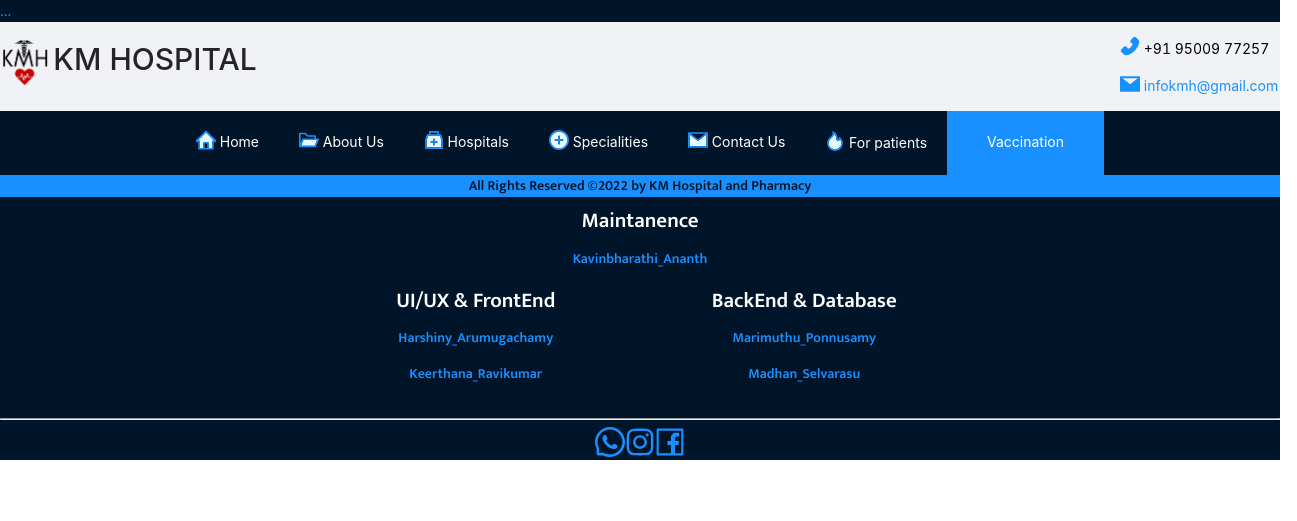
Repository: marimuthu1001/KHM-hospital
Page: /aboutus (app in km-hospital/)
These files come from the project's save history. The page is drawn as it stood at one moment and after the next save; the edit follows.
The browser window is 1280 px wide. The page is 1297 px wide, so the pictures cover 1297 px, including what lies to the right of the window. The pictures show the whole page.
The project was rebuilt for these pictures with package versions that can differ from the ones it lists, and the page was loaded fresh each time. Also part of the build but not shown: km-hospital/src/Styles/ContactUs.module.css, km-hospital/src/Pages/ContactUs.jsx, km-hospital/src/Pages/Feedback.jsx.

Above is the page before, as saved 2022-01-25 09:19:35.

### km-hospital/public/index.html
<!DOCTYPE html>
<html lang="en">
  <head>
    <meta charset="utf-8" />
    <link rel="icon" href="%PUBLIC_URL%/favicon.ico" />
    <meta name="viewport" content="width=device-width, initial-scale=1" />
    <meta name="theme-color" content="#000000" />
    <meta
      name="description"
      content="Web site created using create-react-app"
    />
    <link rel="apple-touch-icon" href="%PUBLIC_URL%/logo192.png" />
    <!--
      manifest.json provides metadata used when your web app is installed on a
      user's mobile device or desktop. See https://developers.google.com/web/fundamentals/web-app-manifest/
    -->
    <link rel="manifest" href="%PUBLIC_URL%/manifest.json" />
    <!--
      Notice the use of %PUBLIC_URL% in the tags above.
      It will be replaced with the URL of the `public` folder during the build.
      Only files inside the `public` folder can be referenced from the HTML.

      Unlike "/favicon.ico" or "favicon.ico", "%PUBLIC_URL%/favicon.ico" will
      work correctly both with client-side routing and a non-root public URL.
      Learn how to configure a non-root public URL by running `npm run build`.
    -->
    <title>KM HOSPITAL | HOME</title>
  </head>
  <body>
    <noscript>You need to enable JavaScript to run this app.</noscript>
    <div id="root"></div>
    <!--
      This HTML file is a template.
      If you open it directly in the browser, you will see an empty page.

      You can add webfonts, meta tags, or analytics to this file.
      The build step will place the bundled scripts into the <body> tag.

      To begin the development, run `npm start` or `yarn start`.
      To create a production bundle, use `npm run build` or `yarn build`.
    -->
  </body>
</html>

### km-hospital/src/index.js
import React from 'react';
import ReactDOM from 'react-dom';
import 'antd/dist/antd.min.css'
import './index.css'
import App from './App';


ReactDOM.render(
  <React.StrictMode>
    <App />
  </React.StrictMode>,
  document.getElementById('root')
);

### km-hospital/src/index.css
@import '~antd/dist/antd.css';

.ant-menu:not(.ant-menu-horizontal) .ant-menu-item-selected {
	background: transparent;
}

.ant-menu{
    background: red;
    }

### km-hospital/src/App.js
import Nav from  './components/Nav'
import Footer from './components/Footer'
import ContactUs from './Pages/ContactUs'
import AboutUs from './Pages/AboutUS'
import {BrowserRouter as Router, Route,Routes} from 'react-router-dom'

import Feedback from './Pages/Feedback'

function App() {
  return (
    <Router>
        <div className="App">
          <Nav/>
          <Routes>
            <Route exact path="/contactus" element={<ContactUs/>}/>
            <Route exact path="/aboutus" element={<AboutUs/>}/>
            <Route exact path="/feedback" element={<Feedback/>}/>
          </Routes>

          <Footer/>
        </div>
    </Router>

  );
}

export default App;

### km-hospital/src/components/Nav.jsx
import React from 'react'

import Styles from '../Styles/Nav.module.css'
import { Layout, Menu, Dropdown,Row,Col } from 'antd';
import { UserOutlined, LaptopOutlined, NotificationOutlined } from '@ant-design/icons';
import Logo from '../Images/Logo.png'

import {HomeTwoTone,
    FolderOpenTwoTone,
    MedicineBoxTwoTone,
    PlusCircleTwoTone,
    FireTwoTone ,
    MailTwoTone,
    PhoneFilled,
    MailFilled,

    } from '@ant-design/icons'

function Nav() {
  const menu = (
    <Menu>

            <Menu.Item key="1">Covid Dose</Menu.Item>
            <Menu.Item key="2">Covid Booster</Menu.Item>
            <Menu.Item key="3">Polio Vaccine</Menu.Item>
            <Menu.Item key="4">Chicken pox Vaccine</Menu.Item>
      </Menu>
  )
const patients = (
  <Menu>
          <Menu.Item key="1">Health Checkup Package</Menu.Item>
          <Menu.Item key="2">Medicines</Menu.Item>
          <Menu.Item key="3">Symptoms</Menu.Item>
          <Menu.Item key="4">Procedurs</Menu.Item>
          <Menu.Item key="5">BMI Calculator</Menu.Item>
    </Menu>

  )

  const { Header} = Layout;
    return (

      <Layout>
        <p className={Styles.line}>...</p>
        <div className={Styles.head} >
            <Row gutters={[16,16]}>
              <Col md={{span:2}} lg={{span:1}}>
              <div className="logo">
              <img src={Logo} alt="Logo" widht={50} height={50}/>
            </div>
              </Col>
              <Col md={{span:6}} lg={{span:4}}>
              <h1>KM HOSPITAL</h1>
              </Col>
              <Col md={{span:8}} lg={{span:16}}></Col>
              <Col md={{span:5}} lg={{span:3}}>
              <div className={Styles.contactHead}>
                <p style={{color:'black'}}><PhoneFilled  style= {{ fontSize: '20px',color: '#1890ff'  }} />&nbsp;+91 95009 77257</p>
                <p><a href="mailto:infokmh@gmail.com"><MailFilled style= {{ fontSize: '20px',color: '#1890ff'  }} />&nbsp;infokmh@gmail.com</a></p>
               </div>
              </Col>
            </Row>
        </div>



      <Header className="header">
      <div className="menubar">
        <Menu style={{
            position: 'relative',
            display: 'flex',
            justifyContent: 'center',

        }} theme="dark" mode="horizontal" defaultSelectedKeys={['1']}>
     <a href="/">
          <Menu.Item key="7"><HomeTwoTone style={{fontSize:20}}/>&nbsp;Home</Menu.Item>
     </a>
     <a href="/aboutus">
          <Menu.Item key="2"><FolderOpenTwoTone style={{fontSize:20}}/>&nbsp;About Us</Menu.Item>
     </a>
     <a href="">
          <Menu.Item key="3"><MedicineBoxTwoTone style={{fontSize:20}}/>&nbsp;Hospitals</Menu.Item>
     </a>
     <a href="">
          <Menu.Item key="4"><PlusCircleTwoTone style={{fontSize:20}}/>&nbsp;Specialities</Menu.Item>
     </a>
     <a href="/contactus">
          <Menu.Item  key="6"> <MailTwoTone style={{fontSize:20}}/>&nbsp;Contact Us</Menu.Item>
     </a>
          <Dropdown  overlay={patients} placement="topCenter">
              <Menu.Item key="5"><FireTwoTone style={{fontSize:20}}/>&nbsp;For patients</Menu.Item>
          </Dropdown>

          <Menu.Item key="1">
          <Dropdown  overlay={menu} placement="topCenter">
                    <Menu.Item>Vaccination</Menu.Item>
          </Dropdown>
          </Menu.Item>


        </Menu>  </div>
      </Header>


        </Layout>


    )
}

export default Nav

### km-hospital/src/components/Footer.jsx
import React from 'react'
import Styles from '../Styles/Footer.module.css'
import { Row, Col } from 'antd';
import {WhatsAppOutlined,
    InstagramOutlined,
    FacebookOutlined} from '@ant-design/icons'
function Footer() {
    return (
        <div  >
            <div className={Styles.footer}>


                <div className={Styles.footerContent}>
                    <div sm={1}  md={6} lg={8}  className={Styles.footerTitle}>
                        <h4>All Rights Reserved &copy;2022 by KM Hospital and Pharmacy</h4>
                    </div>


                <div className={Styles.maintain}>
                    <h2>Maintanence</h2>
                    <p>Kavinbharathi_Ananth</p>
                </div>

                <Row className={Styles.design} gutter={[34, 18]}>
                <Col xs={24} md={6}/>
                    <Col xs={24} md={6}>
                        <div>
                            <h2 className={Styles.headDecoration}>UI/UX & FrontEnd</h2>
                            <div className={Styles.decoration}>
                                <p>Harshiny_Arumugachamy</p>
                                <p>Keerthana_Ravikumar</p>
                            </div>
                        </div>
                    </Col>
                    <Col xs={24} md={6}>
                        <div>
                        <h2 className={Styles.headDecoration}>BackEnd & Database</h2>
                            <div className={Styles.decoration}>
                                <p>Marimuthu_Ponnusamy</p>
                                <p>Madhan_Selvarasu</p>
                            </div>
                        </div>
                    </Col>
                    <Col xs={24} md={6}/>
                        <Col sm={{ span: 5, offset: 0 }} md={{ span: 5, offset: 0 }} lg={{ span: 6, offset:0  }}> </Col>
                </Row>


<hr/>


                <Row  className={Styles.social}>
                    <Col sm={{span:2}} md={{span:8}} lg={{span:8}}><WhatsAppOutlined style={{fontSize: '30px' }} /></Col>
                    <Col sm={{span:2}} md={{span:8}} lg={{span:8}}><InstagramOutlined style={{fontSize: '30px' }} /></Col>
                    <Col sm={{span:2}} md={{span:8}} lg={{span:8}}><FacebookOutlined style={{fontSize: '30px' }} /></Col>
                </Row>
            </div>
        </div>
        </div>
    )
}

export default Footer

### km-hospital/src/Pages/AboutUS.jsx
import React from 'react'
import { Helmet,HelmetProvider } from 'react-helmet-async';

function AboutUS() {
    return (
        <div>

             <HelmetProvider>
                    <Helmet>
                        <title>KM Hospital | About Us</title>
                    </Helmet>
             </HelmetProvider>

        </div>
    )
}

export default AboutUS

### km-hospital/src/Styles/Nav.module.css
*{
    margin-top:0px;
}
.line{
    background-color:#001529;
    color:#1890ff;
}
.head h1{
    font-size: 30px;
}
.menubar .Menu.item{
    margin-left:20%;
}
a{
    text-decoration: none;
}
a:hover{
    background-color:#1890ff;
}

### km-hospital/src/Styles/Footer.module.css
@import url('https://fonts.googleapis.com/css2?family=Mukta:wght@600&display=swap');
.footer{
    background-color:#001529;
    font-family: 'Mukta', sans-serif;
    color:#1890ff;
    position:relative;
    text-align:center
}
.footer h2{
    color:#ffffff
}
.footer .footerTitle{
    color:rgb(255, 255, 255);
    background-color:#1890ff
}
.footer .social{
    text-align:center;
    display:inline-flex;
}
.social li{
    list-style-type: none;
}
.decoration{
    list-style-type:none;
    text-align:center
}
.headDecoration{
    text-align:center
}

After the next save:
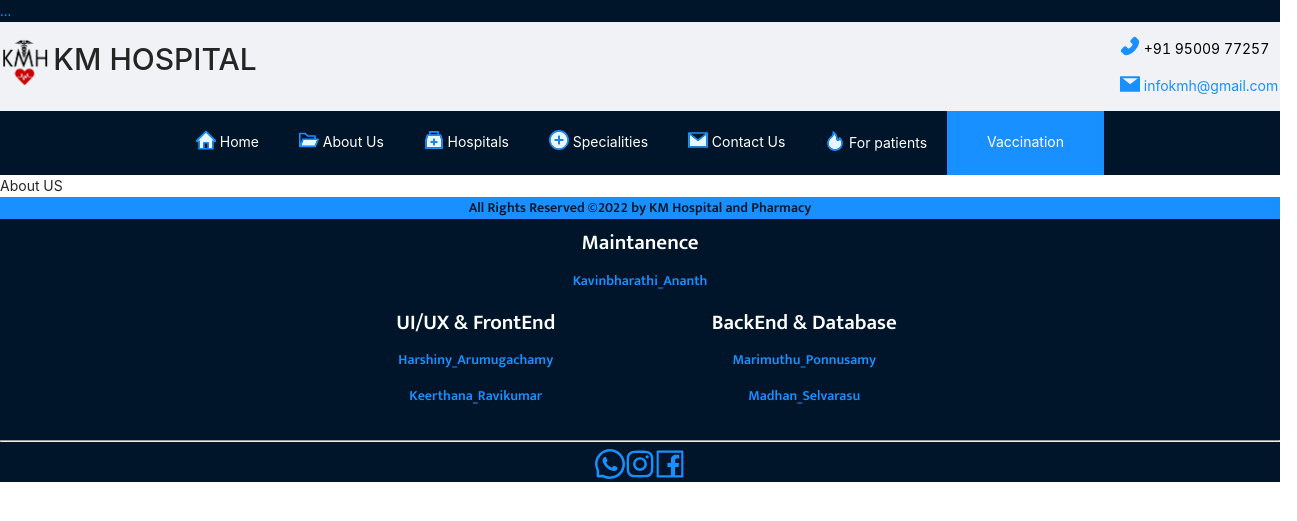
Saved 98 s later.
--- a/km-hospital/src/Pages/AboutUS.jsx
+++ b/km-hospital/src/Pages/AboutUS.jsx
@@ -11,6 +11,10 @@ function AboutUS() {
                     </Helmet>
              </HelmetProvider>
 
+             <div className="aboutus">
+                 About US
+             </div>
+
         </div>
     )
 }
